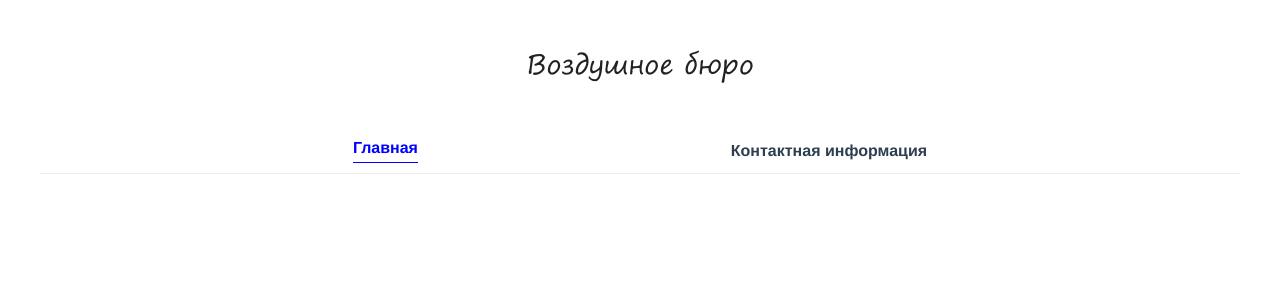
Repository: Skotix-0/balloons
Page: /
An editor plug-in stored every save of this project. The page is shown before and after the next save, followed by the edit.
The browser window is 1280 px wide. The pictures show the whole page.
The project was rebuilt for these pictures with package versions that can differ from the ones it lists, and the page was loaded fresh each time. Also part of the build but not shown: vue.config.js. Imported but missing from the stored project, and not drawn on this page: src/views/ContactView.vue.

Above is the page before, as saved 2022-09-13 19:06:57.

After the next save:
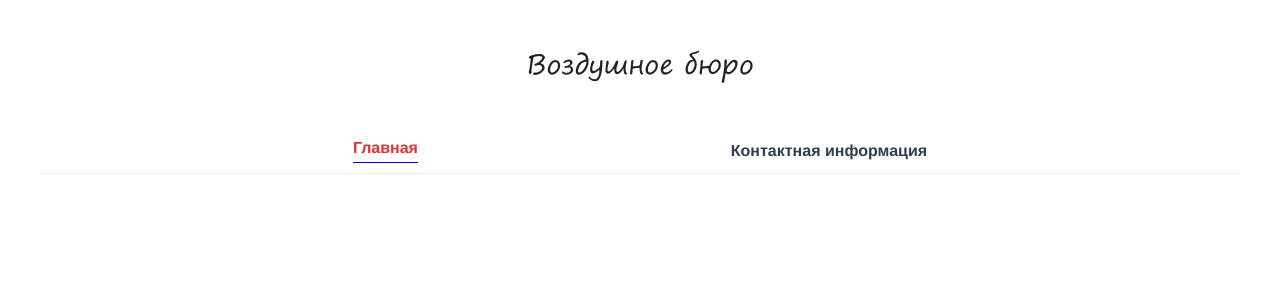
Saved 18 s later.
--- a/src/App.vue
+++ b/src/App.vue
@@ -37,7 +37,7 @@
 }
 
 nav a.router-link-exact-active {
-  color: blue;
+  color: #dd3333 !important;
   text-decoration: none;
   display: inline-block;
   border-bottom: 1px solid blue;
